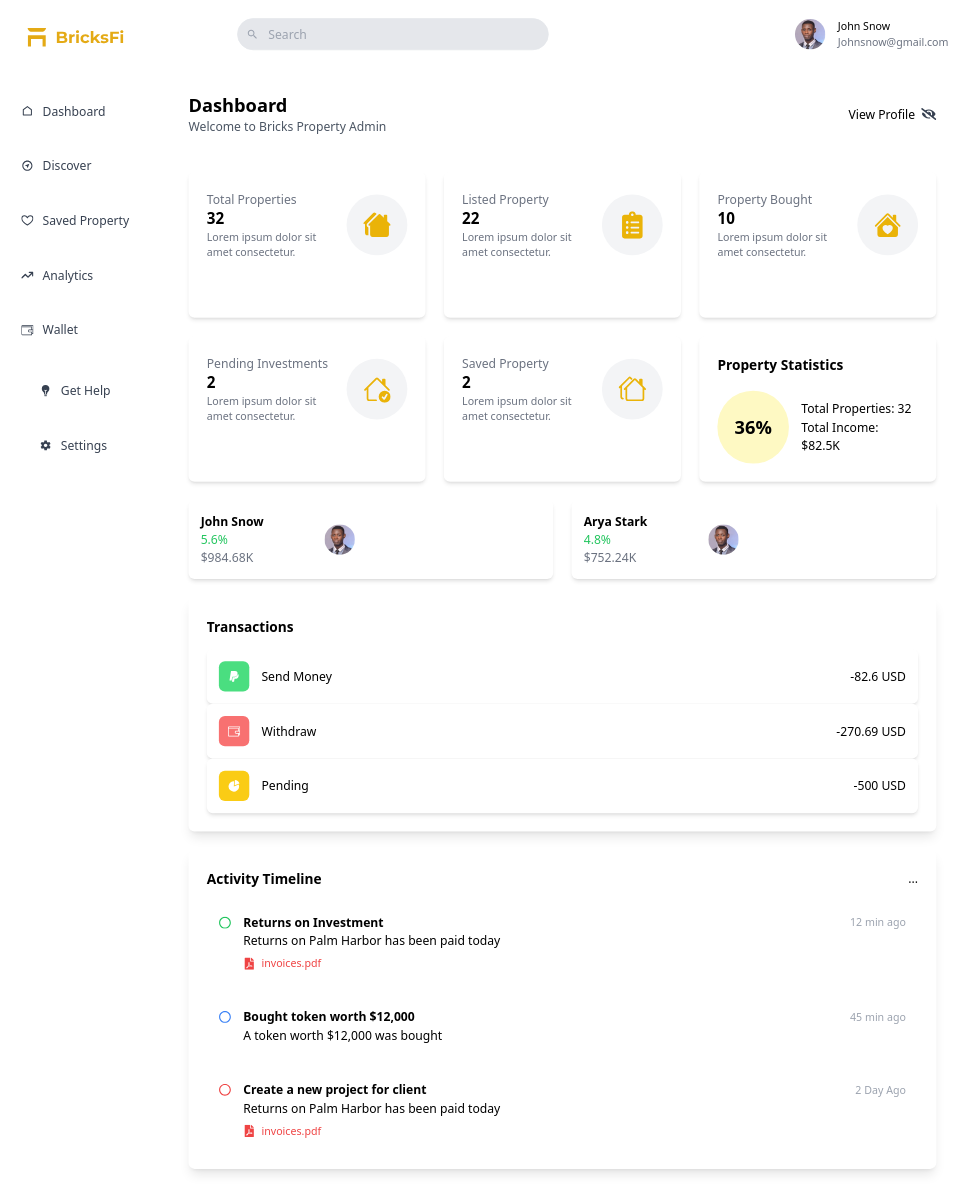
Repository: AyomideAkintade/BricksFi-Frontend
Page: /dashboard (app in client/)
These files come from the project's save history. The page is drawn as it stood at one moment and after the next save; the edit follows.
The browser window is 1280 px wide. The pictures show the whole page, at 76% of full size.
The page's requests for data from a server got no answer. The project was rebuilt for these pictures with package versions that can differ from the ones it lists, and the page was loaded fresh each time. No one was signed in, and anything a server would have sent is missing. Also part of the build but not shown: client/src/components/navbar.jsx, client/src/components/home.jsx, client/src/components/homeSecond.jsx, client/src/components/homeThird.jsx, client/src/components/homeFifth.jsx, client/src/components/homeSixth.jsx, client/src/components/homeSeventh.jsx, client/src/api/base.js and 11 more.

Above is the page before, as saved 2024-10-04 23:16:48.

### client/src/index.css
@import "tailwindcss/base";
@import "tailwindcss/components";
@import "tailwindcss/utilities";


@font-face {
  font-family: Poppins;
  src: url(/src/assets/fonts/Poppins-Regular.ttf) format("truetype"), url(/src/assets/fonts/Poppins-Bold.ttf) format("truetype"), url(/src/assets/fonts/Poppins-Medium.ttf) format("truetype");

}

### client/src/App.js
import { BrowserRouter as Router, Route, Routes } from "react-router-dom";
import Home from "./pages/homePage";
import HomeFourth from "./components/login.jsx";
import HomeEight from "./components/signup.jsx";
import ForgotPasswordPage from "./components/forgotPassword.jsx";
import DashboardLayout from "./pages/dashboardLayout";
import DashboardPage from "./pages/dashboard.jsx";
import PieAnalytics from "./components/analytics.jsx";
import Discover from "./components/discover.jsx";
import SavedPropertyPage from "./components/savedProperties.jsx";
import { ToastContainer } from "react-toastify";
import 'react-toastify/dist/ReactToastify.css';
import { useEffect, useState } from "react";
import { BrCookies } from "./utils/storage/cookies.js";
// import DiscoverPage from "./pages/discover.jsx";
// import SavedPropertyPage from "./pages/savedProperty.jsx";

function App() {

  const [ loggedIn, setLoggedIn ] = useState(false);
  const [ isLoading, setLoading ] = useState(true);

  useEffect(()=>{
    const ck = new BrCookies(document);
    ck.getCookie('authToken')
      .then((value) => {
        setLoggedIn(true);
        setLoading(false);
      })
      .catch((e) => {
        setLoading(false);
        // this.setState({ isLoading: false }); // Set loading to false even if there is an error
      });
  }, [])
  if (isLoading) {
    return <div></div>;
  }

  return (
    <div>
      <ToastContainer limit={5} />
      {loggedIn ?
      <Router>
        <Routes>
          <Route path="*" element={<DashboardLayout />}>
            <Route index element={<DashboardPage />} />
          </Route>
          <Route path="/dashboard" element={<DashboardLayout />}>
            <Route index element={<DashboardPage />} />
            <Route path="discover" element={<Discover/>} />
            <Route path="saved-property" element={<SavedPropertyPage/>} />
            <Route path="analytics" element={<PieAnalytics />} />
          </Route>
        </Routes>
      </Router>
      :
      <Router>
        <Routes>
          {/* Public Routes */}
          <Route path="/" element={<Home />} />
          <Route path="/login" element={<HomeFourth />} />
          <Route path="/signup" element={<HomeEight />} />
          <Route path="/forgot-password" element={<ForgotPasswordPage />} />

          {/* Dashboard Routes with Sidebar and Header */}
          <Route path="/dashboard" element={<DashboardLayout />}>
            <Route index element={<DashboardPage />} />
            <Route path="discover" element={<Discover/>} />
            <Route path="saved-property" element={<SavedPropertyPage/>} />
            <Route path="analytics" element={<PieAnalytics />} />
          </Route>
        </Routes>
      </Router>
      }
    </div>
  );
}

export default App;

### client/src/pages/dashboardLayout.jsx
import React from 'react';
import Sidebar from '../components/sidebar';
import Header from '../components/header';
import { Outlet } from 'react-router-dom';

const DashboardLayout = () => {
  return (
    <div className="flex">
      {/* Sidebar */}
      <Sidebar />

      <div className="flex-1 ml-[200px]">
        {/* Header */}
        <Header />

        <div className="px-6 py-2">
          {/* Outlet will render the child routes here */}
          <Outlet />
        </div>
      </div>
    </div>
  );
};

export default DashboardLayout;

### client/src/pages/dashboard.jsx
import React from 'react';
import DashboardStats from '../components/statCard';
import TopInvestors from '../components/investorCard';
import Transactions from '../components/transaction';
import ActivityTimeline from '../components/activity';
import { FaEyeSlash } from 'react-icons/fa'; // Make sure to import the icon

const Dashboard = () => {
  return (
    <div className="flex flex-col">
      <div className="flex justify-between p-6">
        <div>
          <h2 className="text-2xl font-semibold">Dashboard</h2>
          <p className="text-gray-600">Welcome to Bricks Property Admin</p>
        </div>
        <div className="flex items-center space-x-2">
          <span>View Profile</span>
          <FaEyeSlash className="text-gray-700 text-xl" />
        </div>
      </div>
      <div className="p-6">
        {/* Dashboard Stats */}
        <DashboardStats />

        {/* Top Investors and Property Stats */}
        <div className=" mt-6">
          <TopInvestors />

        </div>

        {/* Transactions Section */}
        <div className="mt-6">
          <Transactions />
        </div>

        {/* Activity Timeline */}
        <div className="mt-6">
          <ActivityTimeline />
        </div>
      </div>
    </div>
  );
};

export default Dashboard;

### client/src/utils/storage/cookies.js

// eslint-disable-next-line no-unused-vars
class BrCookies {

    constructor(document) {
        this.document = document || (typeof document !== "undefined" ? document : null);
    }

    /**
     *
     * @param {Array<CookieData>} dataList
     */

    saveCookies(dataList){

        if (!Array.isArray(dataList)) {
            throw new Error("Data list must be an array.");
        }

        for (const data of dataList) {
            if (!(data instanceof CookieData)) {
                throw new Error("Invalid cookie data format.");
            }

            // save each cookie
            let cookieValue = `${data.name}=${data.value}; expires=${data.expiryDate.toUTCString()}; path=/`;

            // Set SameSite=None if running on localhost
            if (window.location.hostname !== 'localhost') {

                cookieValue += '; SameSite=Strict; Secure'
            }

            this.document.cookie = cookieValue;
        }
    }

    async getCookie(name) {
        return new Promise((resolve, reject) => {
          const cookies = this.document.cookie.split('; ');
          for (const cookie of cookies) {
            const [cookieName, cookieValue] = cookie.split('=');
            if (cookieName === name) {
              resolve(cookieValue);
              return;
            }
          }
          reject(new Error(`Cookie with name ${name} not found.`));
        });
    }

    removeCookie(name) {
        this.document.cookie = name + "=;Path=/;expires=Thu, 01 Jan 1970 00:00:00 GMT";
    }

    removeAllCookies() {
        const cookies = this.document.cookie.split(";");
        for (var i = 0; i < cookies.length; i++) {
            const cookie = cookies[i];
            const eqPos = cookie.indexOf("=");
            const name = eqPos > -1 ? cookie.substr(0, eqPos) : cookie;
            document.cookie = name + "=;Path=/;expires=Thu, 01 Jan 1970 00:00:00 GMT";
        }
    }
}


class CookieData {
    constructor(name, value, expiryDate) {

        if (typeof name !== "string" || typeof value !== "string" || !(expiryDate instanceof Date) || name.length === 0) {
            throw new Error("Invalid CookieData format.");
        }

        this.name = name;
        this.value = value;
        this.expiryDate = expiryDate;
    }
}

function createCookieDate(timeInSec) {

    const timeInDays = timeInSec / (3600 * 24);

    const currentDate = new Date();

    const futureDate = new Date();
    futureDate.setDate(currentDate.getDate() + timeInDays);


    return futureDate
}


export { BrCookies, CookieData, createCookieDate };

### client/src/components/sidebar.jsx
import React from 'react';
import { Link } from 'react-router-dom';
import { RiHomeLine } from "react-icons/ri";
import { RiCompassDiscoverLine } from "react-icons/ri";
import { GrFavorite } from "react-icons/gr";
import { FaArrowTrendUp } from "react-icons/fa6";
import { TfiWallet } from "react-icons/tfi";
import { IoBulbSharp } from "react-icons/io5";
import { IoMdSettings } from "react-icons/io";
import BricksFi from "../assets/bricksfi.svg"

const Sidebar = () => {
  return (
    <aside className="bg-white h-screen w-[15%] fixed p-3 min-w-[200px]">
      <div className="p-6">
        <img
        src={BricksFi}
        alt='BricksFi'
        className='w-full'
        />
      </div>
      <nav className="mt-8">
        <ul className="space-y-4">
          <li className="p-4 hover:bg-yellow-100">
            <Link to="/dashboard" className="flex items-center text-gray-700">
              <RiHomeLine className="mr-3" /> Dashboard
            </Link>
          </li>
          <li className="p-4 hover:bg-yellow-100">
            <Link to="/dashboard/discover" className="flex items-center text-gray-700">
              <RiCompassDiscoverLine className="mr-3" /> Discover
            </Link>
          </li>
          <li className="p-4 hover:bg-yellow-100">
            <Link to="/dashboard/saved-property" className="flex items-center text-gray-700">
              <GrFavorite className="mr-3" /> Saved Property
            </Link>
          </li>
          <li className="p-4 hover:bg-yellow-100">
            <Link to="/dashboard/analytics" className="flex items-center text-gray-700">
              <FaArrowTrendUp className="mr-3" /> Analytics
            </Link>
          </li>
          <li className="p-4 hover:bg-yellow-100">
            <Link to="/dashboard/wallet" className="flex items-center text-gray-700">
              <TfiWallet className="mr-3" /> Wallet
            </Link>
          </li>
        </ul>
      </nav>
      <div className="mt-auto p-6">
        <ul className="space-y-4">
          <li className="p-4 hover:bg-yellow-100">
            <Link to="/" className="flex items-center text-gray-700">
              <IoBulbSharp className="mr-3" /> Get Help
            </Link>
          </li>
          <li className="p-4 hover:bg-yellow-100">
            <Link to="/" className="flex items-center text-gray-700">
              <IoMdSettings className="mr-3" /> Settings
            </Link>
          </li>
        </ul>
      </div>
    </aside>
  );
};

export default Sidebar;

### client/src/components/header.jsx
import React from 'react';
import COCO from "../assets/clem.jpeg"
import { IoMdSearch } from "react-icons/io";
import { IoNotificationsOutline } from "react-icons/io5";

const Header = () => {
  return (
    <div className="w-full flex gap-10 justify-between items-center py-6 bg-white sticky top-0 z-50 px-12" >
      {/* style={{boxShadow: "1px 1px 20px -8px #0000001A"}} */}
      <div className='px-16 w-full'>
      <div className="relative w-2/3">
        <input
          type="text"
          placeholder="Search"
          className="p-2 pl-10 w-full border rounded-full bg-gray-200 text-black focus:outline-none"
        />
        <IoMdSearch className="absolute left-3 top-1/2 transform -translate-y-1/2 text-gray-400" />
      </div>
      </div>
      <div className="flex items-center space-x-4 ">
        <IoNotificationsOutline className="text-gray-700 text-2xl" />
        <img
          src={COCO}
          alt="profile"
          className="rounded-full h-10 w-10"
        />
        <div className="">
          <span className="block text-sm font-medium">John Snow</span>
          <span className="block text-sm text-gray-500">Johnsnow@gmail.com</span>
        </div>
      </div>
    </div>
  );
};

export default Header;

### client/src/components/statCard.jsx
import { BsFillHousesFill, BsHouseCheck, BsFillHouseHeartFill, BsHouses } from "react-icons/bs";
import { FaClipboardList } from "react-icons/fa";
import PropertyStatistics from '../components/propertyStatistic';


const StatCard = ({ title, value, icon, paragraph }) => {
    return (
        <div className="bg-white shadow-md rounded-lg p-6 h-48 flex flex-col justify-between">
            <div className="flex items-center space-x-4">
                <div className="flex-1">
                    <h3 className="text-gray-500">{title}</h3>
                    <h2 className="text-xl font-semibold">{value}</h2>
                    <p className="text-md text-gray-500 text-sm">{paragraph}</p>
                </div>
                <div className="flex items-center justify-center w-20 h-20 bg-gray-100 rounded-full text-yellow-500 text-4xl">
                    {icon}
                </div>
            </div>
        </div>
    );
};


const DashboardStats = () => {
    return (
        <div className="grid grid-cols-1 md:grid-cols-3 gap-6">
            <StatCard
                title="Total Properties"
                value="32"
                paragraph="Lorem ipsum dolor sit amet consectetur."
                icon={<BsFillHousesFill />}
            />
            <StatCard
                title="Listed Property"
                value="22"
                paragraph="Lorem ipsum dolor sit amet consectetur."
                icon={<FaClipboardList />}
            />
            <StatCard
                title="Property Bought"
                value="10"
                paragraph="Lorem ipsum dolor sit amet consectetur."
                icon={<BsFillHouseHeartFill />}
            />
            <StatCard
                title="Pending Investments"
                value="2"
                paragraph="Lorem ipsum dolor sit amet consectetur."
                icon={<BsHouseCheck />}
            />
             <StatCard
                title="Saved Property"
                value="2"
                paragraph="Lorem ipsum dolor sit amet consectetur."
                icon={<BsHouses />}
            />


                <PropertyStatistics />

        </div>
    );
};

export default DashboardStats;

### client/src/components/investorCard.jsx
import Clem from "../assets/clem.jpeg";


const InvestorCard = ({ name, investment, profit }) => {
    return (
      <div className="flex items-center p-4 bg-white shadow-md rounded-lg">

        <div>
          <h3 className="font-semibold">{name}</h3>
          <p className="text-green-500"> {profit}</p>
          <p className="text-gray-500"> {investment}</p>
        </div>

        <img
          src={Clem}
          alt={name}
          className="rounded-full h-10 w-10 ml-20"
        />
      </div>
    );
  };

  const TopInvestors = () => {
    return (
      <>
        {/* <h2 className="text-lg font-semibold mb-4">Top Investors</h2> */}
        <div className="grid grid-cols-1 md:grid-cols-2 gap-6">
          <InvestorCard name="John Snow" investment="$984.68K" profit="5.6%" />
          <InvestorCard name="Arya Stark" investment="$752.24K" profit="4.8%" />
        </div>
      </>
    );
  };

  export default TopInvestors;

### client/src/components/transaction.jsx
import { FaPaypal } from "react-icons/fa6";
import { TfiWallet } from "react-icons/tfi";
import { GiPieChart } from "react-icons/gi";

const TransactionItem = ({ icon, description, amount, bgColor }) => {
    return (
        <div className="flex justify-between items-center p-4 bg-white shadow-md rounded-lg">
            {/* Icon and Description in a row */}
            <div className="flex items-center space-x-4">
                {/* Icon with dynamic background and rounded shape */}
                <div className={`p-3 ${bgColor} rounded-lg text-white`}>
                    {icon}
                </div>
                <span>{description}</span>
            </div>

            {/* Amount */}
            <div>
                <span>{amount}</span>
            </div>
        </div>
    );
};

const Transactions = () => {
    return (
        <div className="bg-white p-6 shadow-lg rounded-lg">
            <h2 className="text-lg font-semibold mb-4">Transactions</h2>
            {/* Different background colors for each transaction */}
            <TransactionItem
                icon={<FaPaypal />}
                description="Send Money"
                amount="-82.6 USD"
                bgColor="bg-green-400"  // Green background
            />
            <TransactionItem
                icon={<TfiWallet />}
                description="Withdraw"
                amount="-270.69 USD"
                bgColor="bg-red-400"    // Red background
            />
            <TransactionItem
                icon={<GiPieChart />}
                description="Pending"
                amount="-500 USD"
                bgColor="bg-yellow-400" // Yellow background
            />
        </div>
    );
};

export default Transactions;

### client/src/components/activity.jsx
import React from 'react';
import { FaRegCircle, FaFilePdf } from 'react-icons/fa'; // Import necessary icons

const ActivityItem = ({ title, description, time, file, color }) => {
    return (
        <div className="flex items-start space-x-4 p-4">
            <div className="mt-1">
                {/* The color prop determines the icon color */}
                <FaRegCircle className={`${color}`} />
            </div>
            <div className="flex-1">
                <div className="flex justify-between items-center">
                    <h4 className="font-semibold">{title}</h4>
                    <span className="text-gray-400 text-sm">{time}</span>
                </div>
                <p>{description}</p>
                {file && (
                    <div className="flex items-center mt-2 text-red-500">
                        <FaFilePdf />
                        <span className="ml-2 text-sm">{file}</span>
                    </div>
                )}
            </div>
        </div>
    );
};

const ActivityTimeline = () => {
    return (
        <div className="bg-white p-6 shadow-lg rounded-lg">
            <div className="flex justify-between items-center mb-4">
                <h2 className="text-lg font-semibold">Activity Timeline</h2>
                <div>...</div>
            </div>
            <div className="space-y-4">
                <ActivityItem
                    title="Returns on Investment"
                    description="Returns on Palm Harbor has been paid today"
                    time="12 min ago"
                    file="invoices.pdf"
                    // Blue icon
                    color="text-green-500"
                />
                <ActivityItem
                    title="Bought token worth $12,000"
                    description="A token worth $12,000 was bought"
                    time="45 min ago"
                    color="text-blue-500" // Green icon
                />
                <ActivityItem
                    title="Create a new project for client"
                    description="Returns on Palm Harbor has been paid today"
                    time="2 Day Ago"
                    file="invoices.pdf"
                    color="text-red-500" // Red icon
                />
            </div>
        </div>
    );
};

export default ActivityTimeline;

### client/src/components/propertyStatistic.jsx
import React from 'react';

const PropertyStatistics = () => {
    return (
        <div className="bg-white shadow-md rounded-lg p-6 flex flex-col justify-between">
            <h2 className="text-lg font-semibold mb-4">Property Statistics</h2>
            <div className="flex items-center space-x-4">
                {/* Property Stats Circle Graph */}
                <div className="w-24 h-24 bg-yellow-100 rounded-full flex items-center justify-center">
                    <span className="text-2xl font-bold">36%</span>
                </div>
                <div>
                    <p>Total Properties: 32</p>
                    <p>Total Income: $82.5K</p>
                </div>
            </div>
        </div>
    );
};

export default PropertyStatistics;

### client/tailwind.config.js
/** @type {import('tailwindcss').Config} */
module.exports = {
  content: ["./src/**/*.{html,js,jsx}"],
  theme: {
    extend: {
      fontFamily: {
        Poppins: ['Poppins'],
      }
    },
    screens: {
      sm: '640px',
      // => @media (min-width: 640px) { ... }

      md: '768px',
      // => @media (min-width: 768px) { ... }

      lg: '1024px',
      // => @media (min-width: 1024px) { ... }

      xl: '1280px',
      // => @media (min-width: 1280px) { ... }

      '2xl': '1536px',
      // => @media (min-width: 1536px) { ... }
      'custombp': {'raw': '(min-height: 375px),(min-width:768px)'}
    },
  },
  plugins: [],
}

Loaded but not shown: client/public/index.html (common file); client/src/index.js (common file); client/src/reportWebVitals.js (common file)

After the next save:
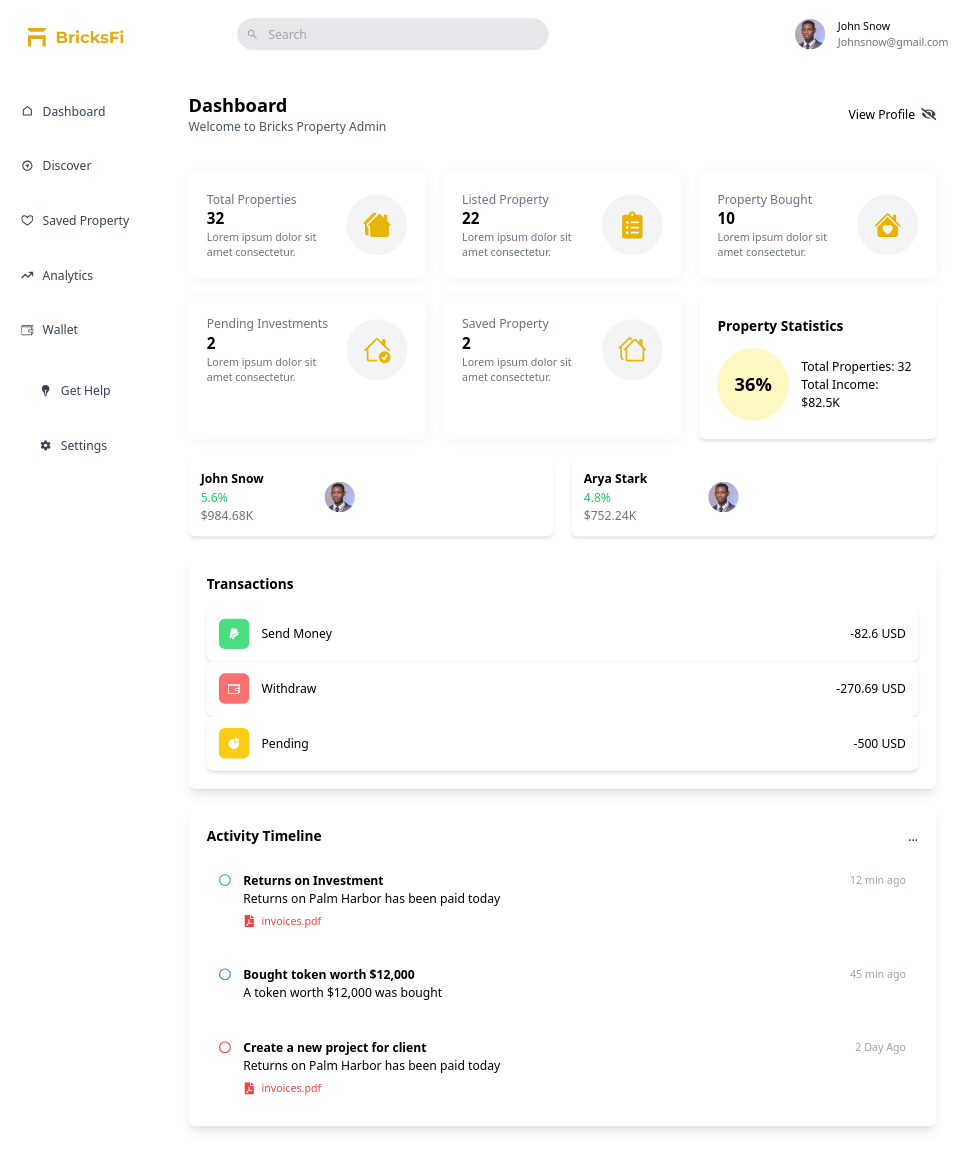
Saved 11 s later.
--- a/client/src/components/statCard.jsx
+++ b/client/src/components/statCard.jsx
@@ -5,7 +5,7 @@ import PropertyStatistics from '../components/propertyStatistic';
 
 const StatCard = ({ title, value, icon, paragraph }) => {
     return (
-        <div className="bg-white shadow-md rounded-lg p-6 h-48 flex flex-col justify-between">
+        <div className="bg-white rounded-lg p-6 flex flex-col justify-between" style={{boxShadow: "1px 2px 20px -4px #22303E14"}}>
             <div className="flex items-center space-x-4">
                 <div className="flex-1">
                     <h3 className="text-gray-500">{title}</h3>
